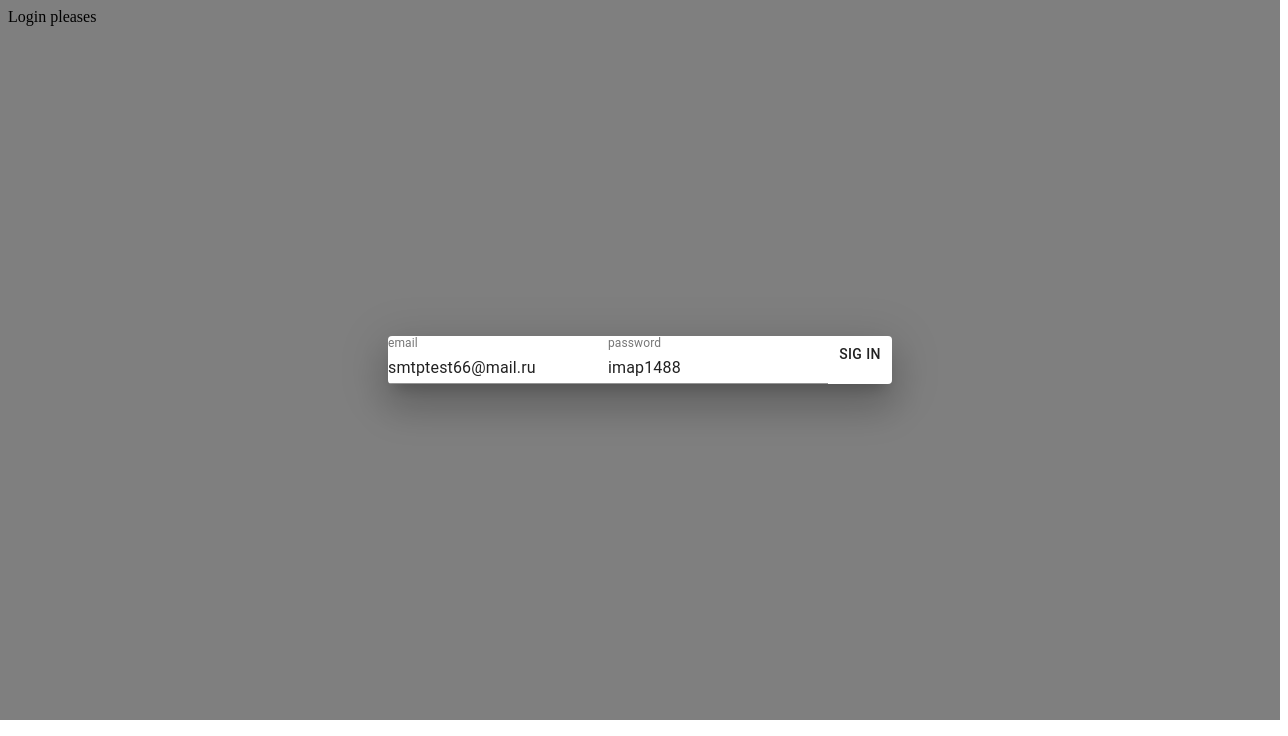
Repository: atakhanovrodion/mailclient
Page: / (app in client/)
These files come from the project's save history. The page is drawn as it stood at one moment and after the next save; the edit follows.
The browser window is 1280 px wide. The page is 1288 px wide, so the pictures cover 1288 px, including what lies to the right of the window. The pictures show the whole page.
The project was rebuilt for these pictures with package versions that can differ from the ones it lists, and the page was loaded fresh each time. Also part of the build but not shown: client/webpack.config.js.

Above is the page before, as saved 2021-03-08 23:45:12.

After the next save:
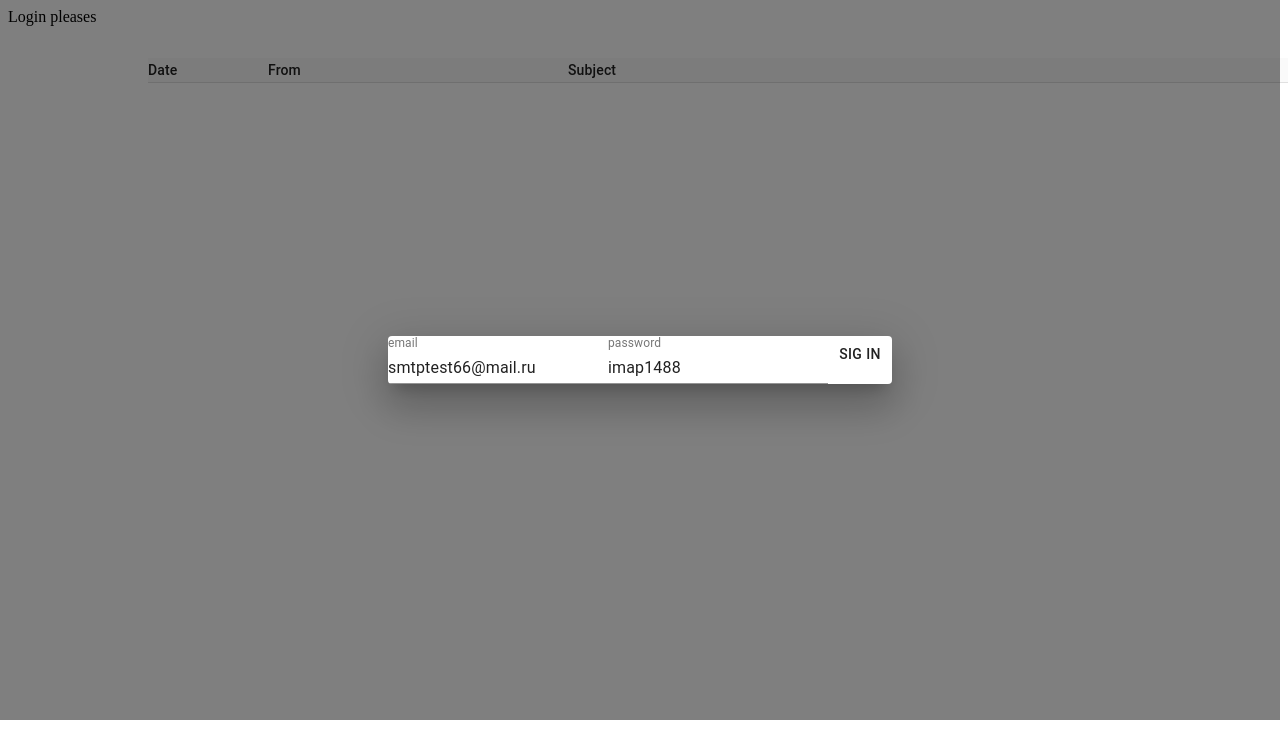
Saved 75 s later.
--- a/client/src/components/BaseLayout.tsx
+++ b/client/src/components/BaseLayout.tsx
@@ -3,6 +3,7 @@ import Login from "./Login";
 import * as api from "../api";
 import Header from "./Header";
 import ListOfMailboxes from "./ListOfMailboxes";
+import ListOfMessages from "./ListOfMessages";
 type MyState = {
   isAuth: false;
   loginEmail: string;
@@ -59,7 +60,10 @@ class BaseLayout extends React.Component {
               onClick={this.getMailbox}
             />
           </div>
-          <div className="centerArea"> {this.state.listOfMessages} </div>
+          <div className="centerArea">
+            {" "}
+            <ListOfMessages messages={this.state.listOfMessages} />{" "}
+          </div>
         </div>
       </div>
     );
